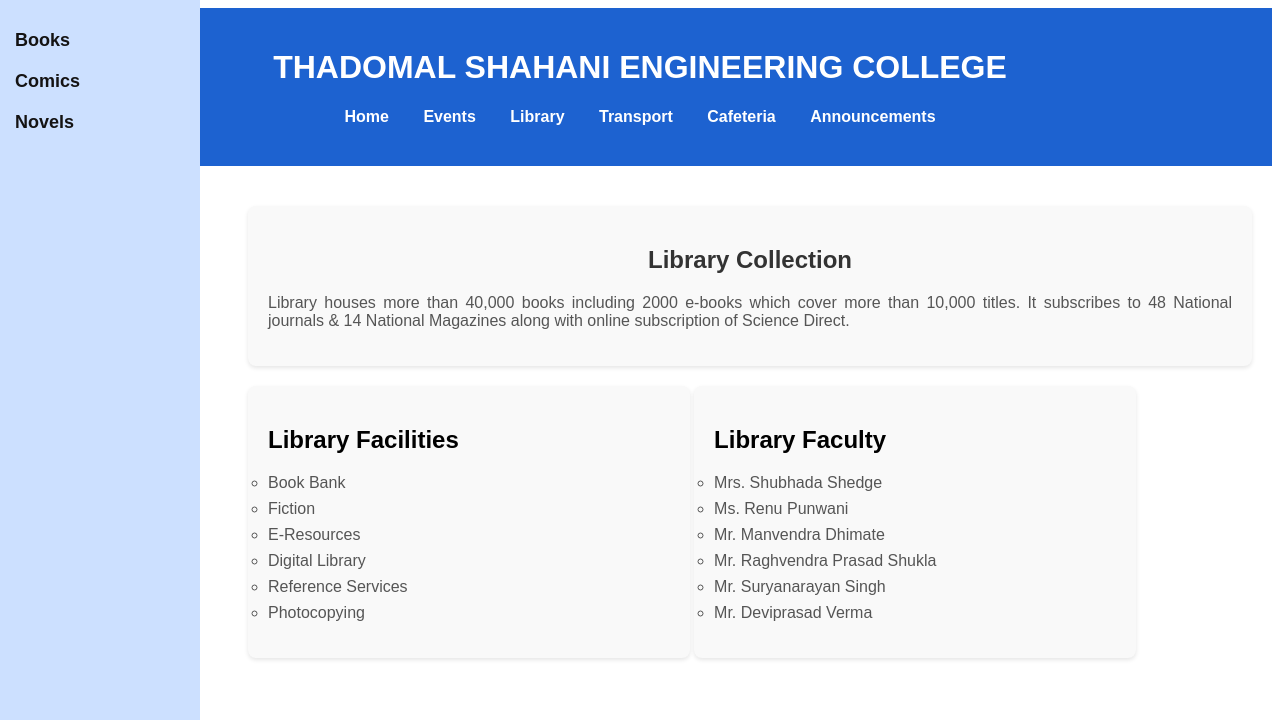
Repository: TejasS1233/MINITHON-hackathon-project
Page: Rishit.html
The author's editor kept a copy of each file at every save. The page is drawn from the files as they stood at one save, then again after the next save.
The browser window is 1280 px wide. The pictures show the whole page.

Above is the page before, as saved 2024-09-20 14:27:34.

After the next save:
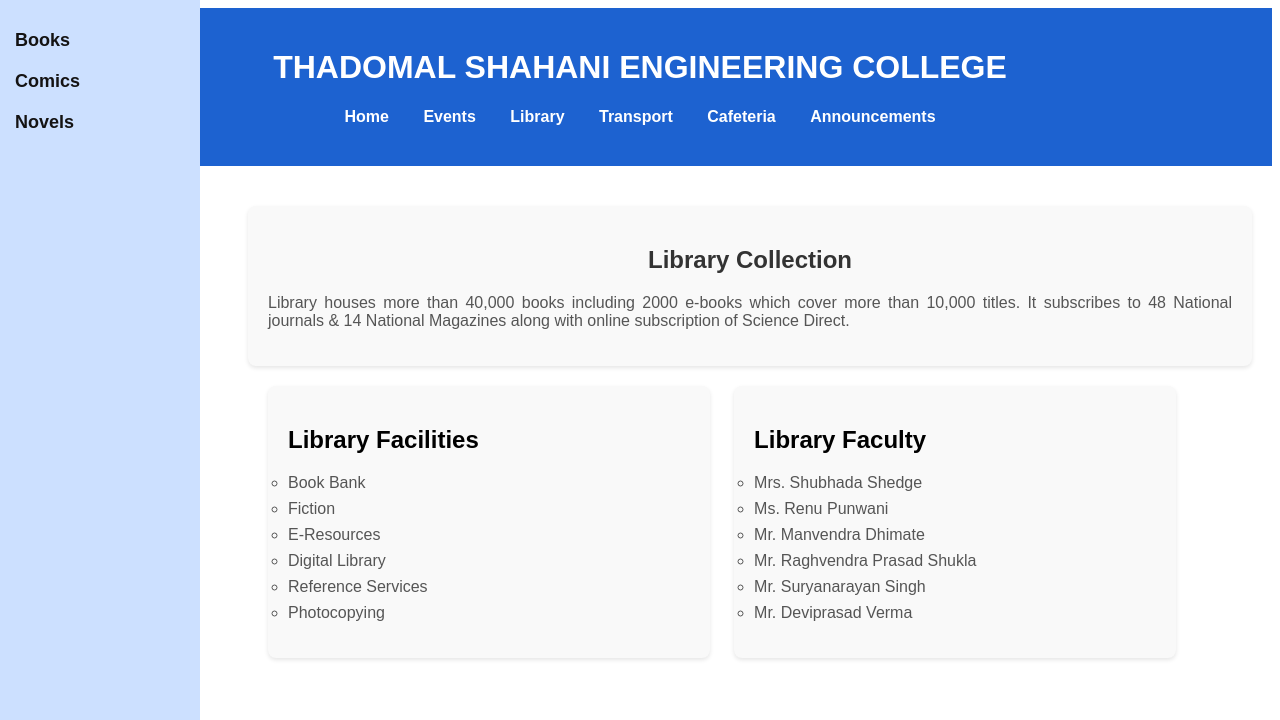
Saved 20 s later.
--- a/Rishit.html
+++ b/Rishit.html
@@ -84,7 +84,7 @@
             margin-top: 20px;
             width: 40%;
             display: inline-block;
-            justify-content: space-between;
+            margin-left: 20px;
         }
 
         .facilities-container ul {
